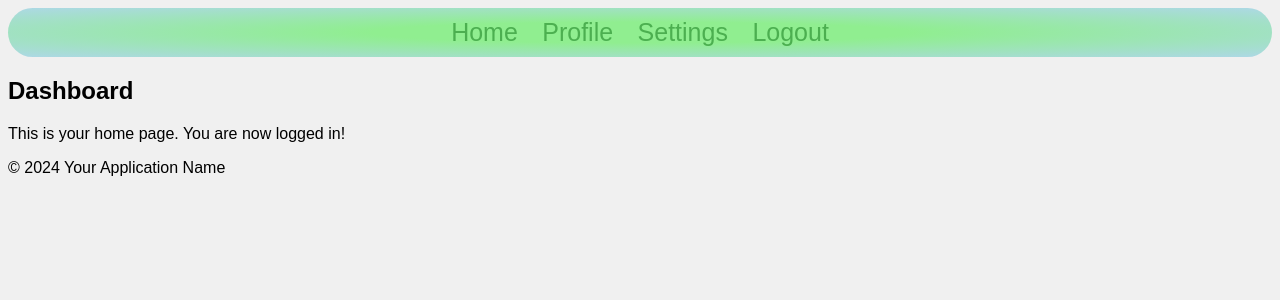
Repository: SriramulaNamithaReddy/Internship_projects
Page: http://localhost/home
These files come from the project's save history. The page is drawn as it stood at one moment and after the next save; the edit follows.
The browser window is 1280 px wide. The pictures show the whole page.
The page is this project's Thymeleaf template; nobody is signed in. The template is opened directly, without the code that normally fills it, so the values that code supplies are empty.

Above is the page before, as saved 2024-10-12 07:09:43.

### SecureUserAuthentication/src/main/resources/templates/home.html
<!DOCTYPE html>
<html xmlns:th="http://www.thymeleaf.org">
<head>
    <meta charset="UTF-8">
    <title>Home Page</title>
    <style>
        body { font-family: Arial, sans-serif; background-color: #f0f0f0; }
        .container { width: 400px; margin: 100px auto; padding: 20px; background: white; border-radius: 8px; text-align: center; box-shadow: 0 0 10px rgba(0, 0, 0, 0.1); }
        button { padding: 10px 20px; background: #4CAF50; color: white; border: none; cursor: pointer; }
        button:hover { background: #45a049; }
        a { text-decoration: none; color: #4CAF50; }
        a:hover { text-decoration: underline; }
        .navbar{
			text-align: center;
			background:radial-gradient(lightgreen 30%,lightblue);
	        border-radius:60px;
	        padding:10px;
		}
		.navlink{
			text-decoration: none;
			padding: 0px 10px 0px 10px;
			font-size: 25px;
		}
    </style>
</head>
<body>


    <nav>
		<div class="navbar">
            <a class="navlink" th:href="@{/home}">Home</a>
            <a class="navlink" th:href="@{/profile}">Profile</a>
            <a class="navlink" th:href="@{/settings}">Settings</a>
            <a class="navlink" th:href="@{/logout}">Logout</a>
        </div>
    </nav>

    <main>
        <h2>Dashboard</h2>
        <p>This is your home page. You are now logged in!</p>
    </main>

    <footer>
        <p>&copy; 2024 Your Application Name</p>
    </footer>
</body>
</html>

After the next save:
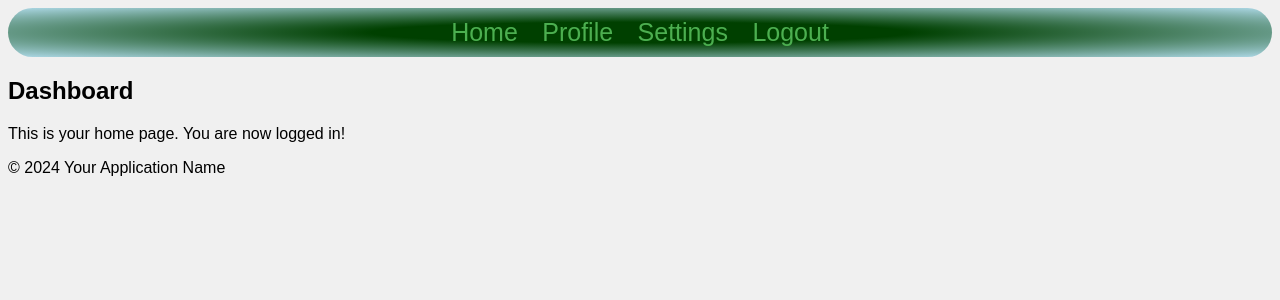
Saved 50 s later.
--- a/SecureUserAuthentication/src/main/resources/templates/home.html
+++ b/SecureUserAuthentication/src/main/resources/templates/home.html
@@ -12,7 +12,7 @@
         a:hover { text-decoration: underline; }
         .navbar{
 			text-align: center;
-			background:radial-gradient(lightgreen 30%,lightblue);
+			background:radial-gradient(rgb(0, 64, 0) 30%,lightblue);
 	        border-radius:60px;
 	        padding:10px;
 		}
